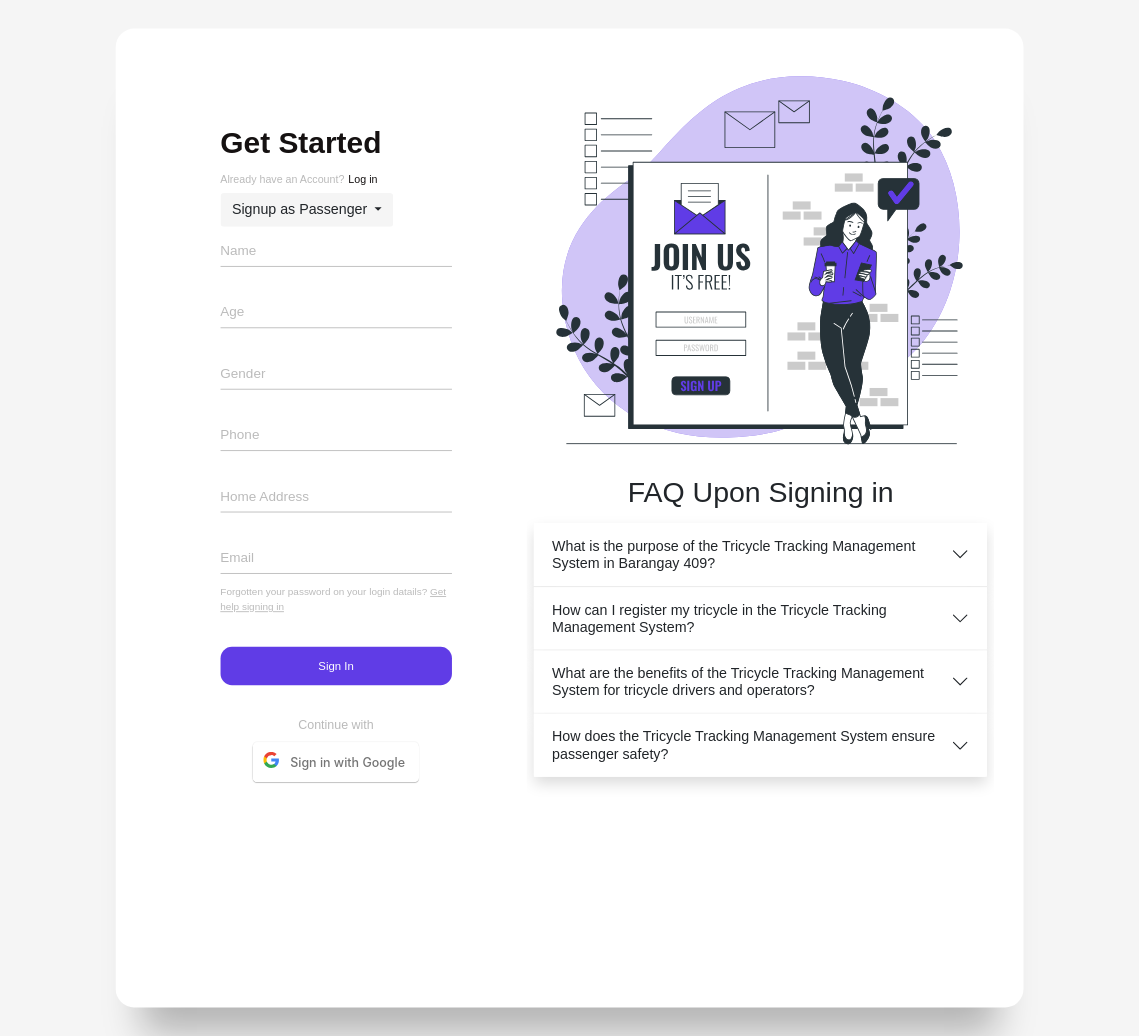
Repository: adrcstro/plate-to-place
Page: http://localhost/Loginsystem/Passenger.php
These files come from the project's save history. The page is drawn as it stood at one moment and after the next save; the edit follows.
The browser window is 1280 px wide. The pictures show the whole page, at 89% of full size.
Some web fonts or font styles are not loaded; a fallback is used. Some web libraries are served in a nearby version. The page is run by PHP 8.4 with error messages shown; the project is at /var/www/html/.

Above is the page before, as saved 2023-10-31 13:26:51.

### Loginsystem/Passenger.php
<!DOCTYPE html>
<html lang="en">
<head>
    <meta charset="UTF-8">
    <meta name="viewport" content="width=device-width, initial-scale=1.0">
    <link rel="shortcut icon" type="x-icon" href="../images/webicon.png">
    <link rel="stylesheet" href="../css/bootstrap.min.css">
    <link rel="stylesheet" href="https://cdnjs.cloudflare.com/ajax/libs/font-awesome/6.3.0/css/all.min.css" integrity="sha512-SzlrxWUlpfuzQ+pcUCosxcglQRNAq/DZjVsC0lE40xsADsfeQoEypE+enwcOiGjk/bSuGGKHEyjSoQ1zVisanQ==" crossorigin="anonymous" referrerpolicy="no-referrer"/>
    <link rel="stylesheet" href="passenger.css">

    <title>Brangay409-3WHeel-Tracking-System</title>
</head>

<body>

<main>
      <div class="box">
        <div class="inner-box">
          <div class="forms-wrap">
            <form action="index.html" autocomplete="off" class="sign-in-form">

<script>
    function changeLoginType(type) {
        document.getElementById('loginDropdown').innerText = 'Login as ' + type;
    }
</script>
              <div class="heading">
                <h2>Get Started</h2>
                <h6>Already have an Account?</h6>
                <a href="login.php" class="loginaccount" data-target="img-2">Log in</a>
              </div>
              <div class="dropdown">
    <button class="btn dropdown-toggle" type="button" data-bs-toggle="dropdown" aria-expanded="false" id="loginDropdown">
        Signup as Passenger
    </button>
    <ul class="dropdown-menu">
        <li><a class="dropdown-item" href="Passenger.php" onclick="changeLoginType('Passenger')">Passenger</a></li>
        <li><a class="dropdown-item" href="Driverlogin.php" onclick="changeLoginType('Driver')">Driver</a></li>

    </ul>
</div>
<div class="formsignin">



              <div class="actual-form">
                <div class="input-wrap">
                  <input
                    type="text"
                    minlength="4"
                    class="input-field"
                    autocomplete="off"
                    required
                  />
                  <label>Name</label>
                </div>

                <div class="input-wrap">
                  <input
                    type="password"
                    minlength="4"
                    class="input-field"
                    autocomplete="off"
                    required
                  />
                  <label>Age</label>
                </div>

                <div class="input-wrap">
                  <input
                    type="text"
                    minlength="4"
                    class="input-field"
                    autocomplete="off"
                    required
                  />
                  <label>Gender</label>
                </div>

                <div class="input-wrap">
                  <input
                    type="text"
                    minlength="4"
                    class="input-field"
                    autocomplete="off"
                    required
                  />
                  <label>Phone</label>
                </div>
                <div class="input-wrap">
                  <input
                    type="text"
                    minlength="4"
                    class="input-field"
                    autocomplete="off"
                    required
                  />
                  <label>Home Address</label>
                </div>

                <div class="input-wrap">
                  <input
                    type="text"
                    minlength="4"
                    class="input-field"
                    autocomplete="off"
                    required
                  />
                  <label>Email</label>
                </div>

                <p class="text">
                  Forgotten your password on your login datails?

                  <a href="Forgotpassword.php" data-target="img-2">Get help signing in</a>
                </p>
                <input type="submit" value="Sign In" class="sign-btn" />
                <h5 id="textcon">Continue with</h5>
                <button type="button" class="login-with-google-btn" >
                Sign in with Google
                 </button>
              </div>
              </div>
            </form>


          </div>
          <div class="carousel">
  <div class="images-wrapper">
    <img src="../images/Signup.svg" class="image img-2 show" alt="" />
  </div>

  <div class="col-md-12">
         <h2 class="mt-2 text-center" id="FAQ">FAQ Upon Signing in</h2>
         <div class="accordion accordion-flush p-2" id="accordionFlushExample">
          <div class="accordion-item bg-white shadow">
            <h2 class="accordion-header">
              <button class="accordion-button collapsed" type="button" data-bs-toggle="collapse" data-bs-target="#flush-collapseOne" aria-expanded="false" aria-controls="flush-collapseOne">
                What is the purpose of the Tricycle Tracking Management System in Barangay 409?
              </button>
            </h2>
            <div id="flush-collapseOne" class="accordion-collapse collapse" data-bs-parent="#accordionFlushExample">
              <div class="accordion-body">The Tricycle Tracking Management System aims to streamline tricycle operations and ensure passenger safety and efficient transportation services within the barangay.</div>
            </div>
          </div>
          <div class="accordion-item shadow">
            <h2 class="accordion-header">
              <button class="accordion-button collapsed" type="button" data-bs-toggle="collapse" data-bs-target="#flush-collapseTwo" aria-expanded="false" aria-controls="flush-collapseTwo">
                How can I register my tricycle in the Tricycle Tracking Management System?
              </button>
            </h2>
            <div id="flush-collapseTwo" class="accordion-collapse collapse" data-bs-parent="#accordionFlushExample">
              <div class="accordion-body">To register your tricycle, visit the barangay office and submit the required documents, including the tricycle's registration papers, driver's license, and other necessary permits.</div>
            </div>
          </div>
          <div class="accordion-item shadow">
            <h2 class="accordion-header">
              <button class="accordion-button collapsed" type="button" data-bs-toggle="collapse" data-bs-target="#flush-collapseThree" aria-expanded="false" aria-controls="flush-collapseThree">
                What are the benefits of the Tricycle Tracking Management System for tricycle drivers and operators?
              </button>
            </h2>
            <div id="flush-collapseThree" class="accordion-collapse collapse" data-bs-parent="#accordionFlushExample">
              <div class="accordion-body">The system provides improved transparency in fare collection, enhances security measures for both drivers and passengers, and facilitates better route planning, leading to increased efficiency and profitability for tricycle operators.
              </div>
            </div>
          </div>

          <div class="accordion-item shadow">
            <h2 class="accordion-header">
              <button class="accordion-button collapsed" type="button" data-bs-toggle="collapse" data-bs-target="#flush-collapseFour" aria-expanded="false" aria-controls="flush-collapseFour">
                How does the Tricycle Tracking Management System ensure passenger safety?
              </button>
            </h2>
            <div id="flush-collapseFour" class="accordion-collapse collapse" data-bs-parent="#accordionFlushExample">
              <div class="accordion-body">The system integrates safety measures such as  Report Management, Legal Action Provider, and driver identification features, which enable swift responses to any emergency situations during tricycle rides.</div>
            </div>
          </div>



        </div>
         </div>


</div>
        </div>
      </div>
    </main>



</body>
<script src="../js/bootstrap.bundle.js"></script>
    <script src="login.js"></script>

</html>

### Loginsystem/passenger.css
@import url("https://fonts.googleapis.com/css2?family=Poppins:wght@200;300;400;500;600;700;800&display=swap");
@import url('https://fonts.googleapis.com/css2?family=Advent+Pro:wght@200&display=swap');
@import url('https://fonts.googleapis.com/css2?family=Advent+Pro:wght@200&family=Montserrat+Alternates&display=swap');
@import url('http://fonts.googleapis.com/css?family=Open+Sans:400,700');
*,
*::before,
*::after {
  padding: 0;
  margin: 0;
  box-sizing: border-box;
}
#textcon{
  padding: 4px;
  text-align: center;
  color: #bababa;
  font-size: 14px;
}
.login-with-google-btn {
  transition: background-color .3s, box-shadow .3s;
  padding: 12px 16px 12px 42px;
  border: none;
  border-radius: 5px;
  box-shadow: 0 -1px 0 rgba(0, 0, 0, .04), 0 1px 1px rgba(0, 0, 0, .25);
  display: block;
    margin: auto;
  color: #757575;
  font-size: 14px;
  font-weight: 500;
  font-family: -apple-system,BlinkMacSystemFont,"Segoe UI",Roboto,Oxygen,Ubuntu,Cantarell,"Fira Sans","Droid Sans","Helvetica Neue",sans-serif;

  background-image: url(data:[embedded picture, 822 characters]);
  background-color: white;
  background-repeat: no-repeat;
  background-position: 12px 11px;

  &:hover {
    background-color: #f3f3f3b6;
  }

  &:active {
    background-color: #eeeeee;
  }
}
  &:focus {
    outline: none;
    box-shadow:
      0 -1px 0 rgba(0, 0, 0, .04),
      0 2px 4px rgba(0, 0, 0, .25),
      0 0 0 3px #c8dafc;
  }

.logo {
  text-align: center;
}
.logo br {
  font-size: 1px; /* Adjust the font size as per your requirement */
}
body,
input {
  font-family: 'Montserrat Alternates', sans-serif;

}
#loginDropdown{
  background-color: whitesmoke;
}

main {
  width: 100%;
  min-height: 100vh;
  overflow: hidden;
  background-color: whitesmoke;
  padding: 2rem;
  display: flex;
  align-items: center;
  justify-content: center;
}

.box {
  position: relative;
  width: 100%;
  max-width: 1020px;
  height: 1100px;
  background-color: #fff;
  border-radius: 1.3rem;
  box-shadow: 0 60px 40px -30px rgba(0, 0, 0, 0.27);
}

.inner-box {
  position: absolute;
  width: calc(100% - 4.1rem);
  height: calc(100% - 4.1rem);
  top: 50%;
  left: 50%;
  transform: translate(-50%, -50%);
}

.forms-wrap {
  position: absolute;
  height: 100%;
  width: 45%;
  top: 0;
  left: 0;
  display: grid;
  grid-template-columns: 1fr;
  grid-template-rows: 1fr;
  transition: 0.8s ease-in-out;
}

form {
  max-width: 260px;
  width: 100%;
  margin: 0 auto;
  height: 100%;
  display: flex;
  flex-direction: column;
  justify-content: space-evenly;
  grid-column: 1 / 2;
  grid-row: 1 / 2;
  transition: opacity 0.02s 0.4s;
  border: #aaa;
}

form.sign-up-form {
  opacity: 0;
  pointer-events: none;

}

.logo {
  display: flex;
  align-items: center;
}


.logo h4 {
  font-size: 1.1rem;
  margin-top: -9px;
  letter-spacing: -0.5px;
  color: #151111;
}

.heading h2 {
  font-size: 2.1rem;
  font-weight: 600;
  color: #151111;
}

.heading h6 {
  color: #bababa;
  font-weight: 400;
  font-size: 0.75rem;
  display: inline;
}

.toggle {
  color: #151111;
  text-decoration: none;
  font-size: 0.75rem;
  font-weight: 500;
  transition: 0.3s;
}

.toggle:hover {
  color: #8371fd;
}

.input-wrap {
  position: relative;
  height: 37px;
  margin-bottom: 2rem;
}

.input-field {
  position: absolute;
  width: 100%;
  height: 100%;
  background: none;
  border: none;
  outline: none;
  border-bottom: 1px solid #bbb;
  padding: 0;
  font-size: 0.95rem;
  color: #151111;
  transition: 0.4s;
}

label {
  position: absolute;
  left: 0;
  top: 50%;
  transform: translateY(-50%);
  font-size: 0.95rem;
  color: #bbb;
  pointer-events: none;
  transition: 0.4s;
}

.input-field.active {
  border-bottom-color: #151111;
}

.input-field.active + label {
  font-size: 0.75rem;
  top: -2px;
}
.logtext{
  margin-top: -1rem;
}
.sign-btn {
  display: inline-block;
  width: 100%;
  height: 43px;
  background-color: #603ce6;
  color: #fff;
  border: none;
  cursor: pointer;
  border-radius: 0.8rem;
  font-size: 0.8rem;
  margin-bottom: 2rem;
  transition: 0.3s;
}
.show {
  display: block;
}

.FAQESTION{
  margin-top: -3rem;
}



.hide {
  display: none;
}

.sign-btn:hover {
  background-color: #6a5cc4;
}

.text {
  color: #bbb;
  font-size: 0.7rem;
  transform: translateY(-20px);
}

.text a {
  color: #bbb;
  transition: 0.3s;

}




.text a:hover {
  color: #8371fd;
}

main.sign-up-mode form.sign-in-form {
  opacity: 0;
  pointer-events: none;
}

main.sign-up-mode form.sign-up-form {
  opacity: 1;
  pointer-events: all;
}

main.sign-up-mode .forms-wrap {
  left: 55%;
}

main.sign-up-mode .carousel {
  left: 0%;
}

.carousel {
  position: absolute;
  height: 100%;
  width: 55%;
  left: 45%;
  top: 0;
  background-color: white;
  border-radius: 2rem;
  display: grid;
  grid-template-rows: auto 1fr;
  padding-bottom: 2rem;
  overflow: hidden;
  transition: 0.8s ease-in-out;
}

.images-wrapper {
  display: grid;
  grid-template-columns: 1fr;
  grid-template-rows: 1fr;
}
.hide {
  display: none;
}
.image {
  width: 100%;
 height: 90%;
  grid-column: 1/2;
  grid-row: 1/2;
  opacity: 0;
  transition: opacity 0.3s, transform 0.5s;
}

.img-1 {
  transform: translate(0, -50px);
}

.img-2 {
  transform: scale(0.4, 0.5);
}

.img-3 {
  transform: scale(0.3) rotate(-20deg);
}

.image.show {
  opacity: 1;
  transform: none;
}

.text-slider {
  display: flex;
  align-items: center;
  justify-content: center;
  flex-direction: column;
margin-top: -4rem;

}

.text-wrap {
  max-height: 3.1rem;
  overflow: hidden;
  margin-bottom: 2.3rem;
}

.text-group {
  display: flex;
  flex-direction: column;
  text-align: center;
  transform: translateY(0);
  transition: 0.5s;
}

.text-group h2 {
  line-height: 2.2rem;
  font-weight: 600;
  font-size: 1.6rem;
}

.bullets {
  display: flex;
  align-items: center;
  justify-content: center;
  margin-top: -2.4rem;
}

.bullets span {
  display: block;
  width: 0.5rem;
  height: 0.5rem;
  background-color: #aaa;
  margin: 0 0.25rem;
  border-radius: 50%;
  cursor: pointer;
  transition: 0.3s;
}
.dropdown{
  margin-top: -9rem;
}
.actual-form{
  margin-top: -6rem;
}
.bullets span.active {
  width: 1.1rem;
  background-color: #151111;
  border-radius: 1rem;
}
.actual-form{
  margin-top: 20px;
  }
  .col-md-12{
    margin-top: -4rem;
  }

  .sign-in-form{
    margin-top: -4rem;
  }
.formsignin{
  margin-top: -10rem;
}
.sign-in-form{
  margin-top: -4.5rem;
}

.loginaccount{
  color: #151111;
  text-decoration: none;
  font-size: 0.75rem;
  font-weight: 500;
  transition: 0.3s;
}
.loginaccount:hover{
  color: #8371fd;
}








@media (max-width: 850px) {
  .box {
    height: auto;
    max-width: 550px;
    overflow: hidden;
  }

  .inner-box {
    position: static;
    transform: none;
    width: revert;
    height: revert;
    padding: 2rem;
  }

  .forms-wrap {
    position: revert;
    width: 100%;
    height: auto;
  }

  form {
    max-width: revert;
    padding: 1.5rem 2.5rem 2rem;
    transition: transform 0.8s ease-in-out, opacity 0.45s linear;
  }

  .heading {
    margin: 2rem 0;
  }

  form.sign-up-form {
    transform: translateX(100%);
  }

  main.sign-up-mode form.sign-in-form {
    transform: translateX(-100%);
  }

  main.sign-up-mode form.sign-up-form {
    transform: translateX(0%);
  }

  .carousel {
    position: revert;
    height: auto;
    width: 100%;
    padding: 3rem 2rem;
    display: flex;
  }

  .images-wrapper {
    display: none;
  }

  .text-slider {
    width: 100%;
  }

  .text-slider{
    margin-top: 3rem;
}
.actual-form{
margin-top: 2rem;
}
.col-md-12{
  margin-top: -3rem;
}
.dropdown{
  margin-top: -1rem;
}
.sign-in-form{
  margin-top: -1rem;
}

.formsignin{
  margin-top: 1rem;
}


}

@media (max-width: 528px) {
  main {
    padding: 1rem;
  }

  .box {
    border-radius: 2rem;
  }

  .inner-box {
    padding: 1rem;
  }

  .carousel {
    padding: 1.5rem 1rem;
    border-radius: 1.6rem;
  }

  .text-wrap {
    margin-bottom: 1rem;
  }

  .text-group h2 {
    font-size: 1.2rem;
  }

  form {
    padding: 1rem 2rem 1.5rem;
  }

  .bullets{
    margin-top: -1rem;
}
.col-md-12{
  margin-top: 1rem;
}


}








@media (max-width: 390px) {
    .text-slider{
        margin-top: 2rem;
    }

}

### Loginsystem/login.js
const inputs = document.querySelectorAll(".input-field");
const toggle_btn = document.querySelectorAll(".toggle");
const main = document.querySelector("main");
const bullets = document.querySelectorAll(".bullets span");
const images = document.querySelectorAll(".image");

inputs.forEach((inp) => {
  inp.addEventListener("focus", () => {
    inp.classList.add("active");
  });
  inp.addEventListener("blur", () => {
    if (inp.value != "") return;
    inp.classList.remove("active");
  });
});

toggle_btn.forEach((btn) => {
  btn.addEventListener("click", () => {
    main.classList.toggle("sign-up-mode");
  });
});

function moveSlider() {
  let index = this.dataset.value;

  let currentImage = document.querySelector(`.img-${index}`);
  images.forEach((img) => img.classList.remove("show"));
  currentImage.classList.add("show");

  const textSlider = document.querySelector(".text-group");
  textSlider.style.transform = `translateY(${-(index - 1) * 2.2}rem)`;

  bullets.forEach((bull) => bull.classList.remove("active"));
  this.classList.add("active");
}

bullets.forEach((bullet) => {
  bullet.addEventListener("click", moveSlider);
});

document.addEventListener('DOMContentLoaded', function () {
  const toggleLinks = document.querySelectorAll('.toggle');
  toggleLinks.forEach(function(toggleLink) {
    toggleLink.addEventListener('click', function (event) {
      event.preventDefault();
      const targetId = toggleLink.getAttribute('data-target');
      const textSlider = document.querySelector('.text-group');
      if (targetId === 'img-1') {
        const targetText = 'Get Started';
        textSlider.innerHTML = `<h2>${targetText}</h2>`;
      } else if (targetId === 'img-2') {
        const targetText = 'Join us';
        textSlider.innerHTML = `<h2>${targetText}</h2>`;
      }
    });
  });
});

Loaded but not shown: css/bootstrap.min.css (library); js/bootstrap.bundle.js (library); Images/Signup.svg (1 lines, source omitted)

After the next save:
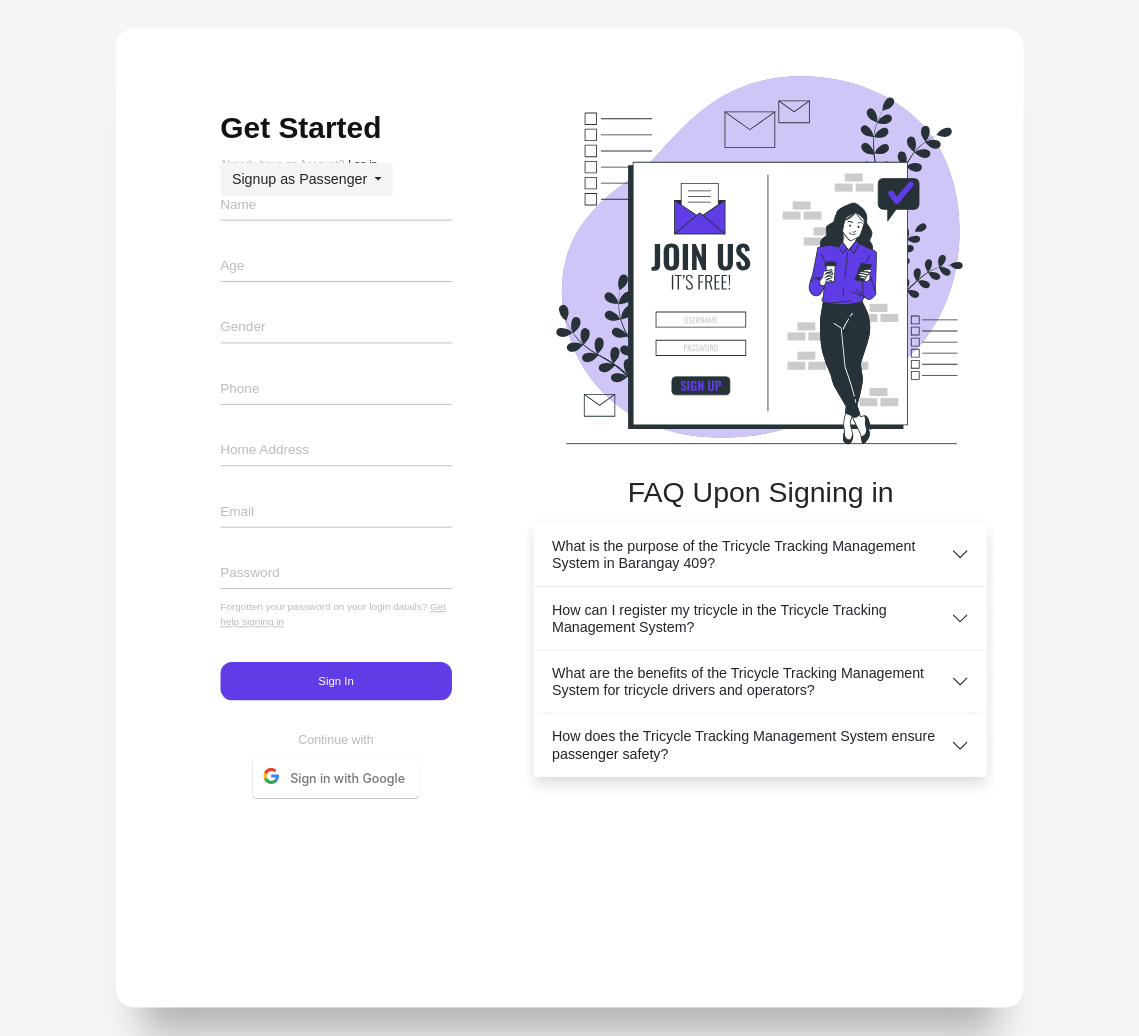
Saved 2 h 5 min later.
--- a/Loginsystem/Passenger.php
+++ b/Loginsystem/Passenger.php
@@ -108,7 +108,16 @@
                   />
                   <label>Email</label>
                 </div>
-
+                <div class="input-wrap">
+                  <input
+                    type="text"
+                    minlength="4"
+                    class="input-field"
+                    autocomplete="off"
+                    required
+                  />
+                  <label>Password</label>
+                </div>
                 <p class="text">
                   Forgotten your password on your login datails?
 

After the save that followed:
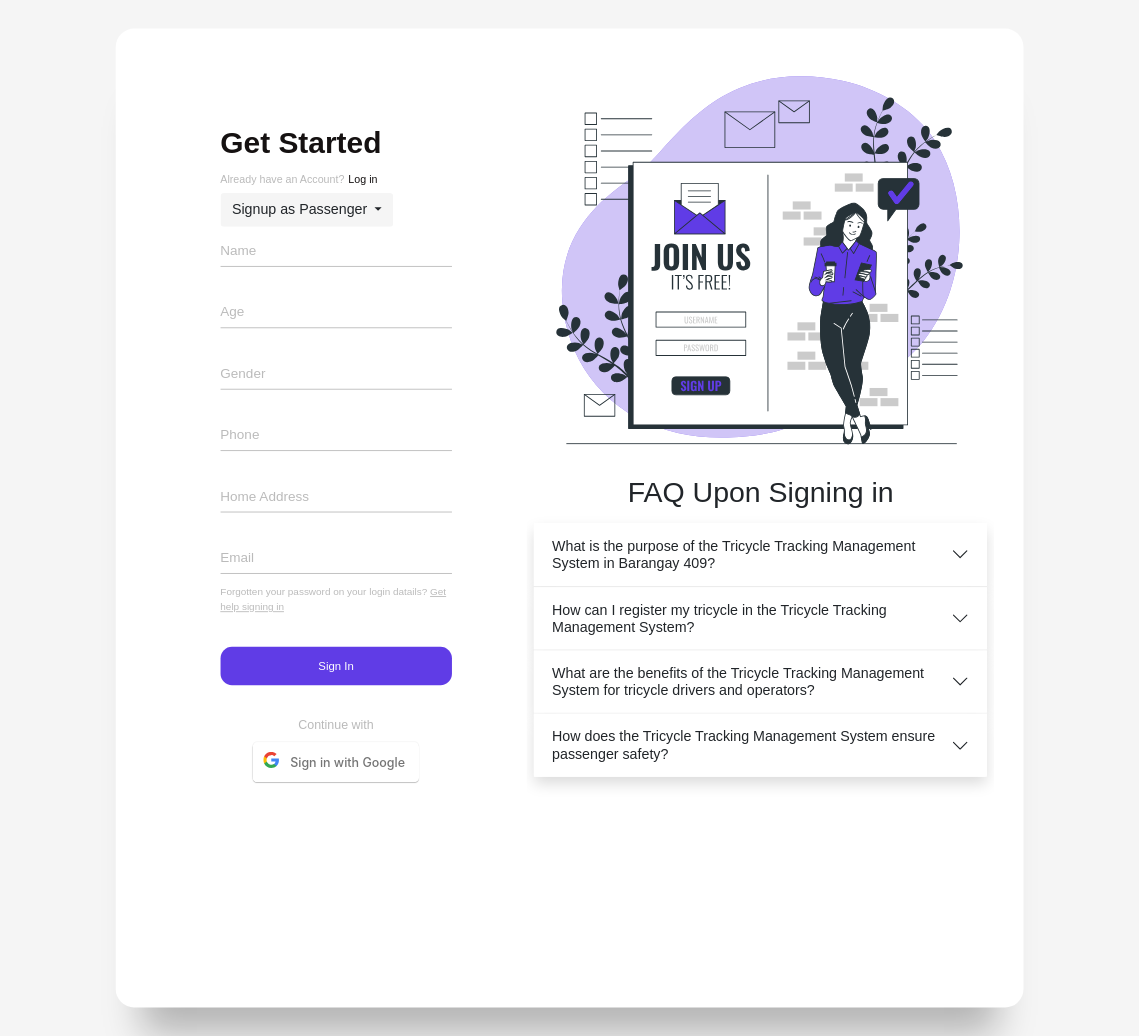
Saved 87 s later.
--- a/Loginsystem/Passenger.php
+++ b/Loginsystem/Passenger.php
@@ -108,16 +108,7 @@
                   />
                   <label>Email</label>
                 </div>
-                <div class="input-wrap">
-                  <input
-                    type="text"
-                    minlength="4"
-                    class="input-field"
-                    autocomplete="off"
-                    required
-                  />
-                  <label>Password</label>
-                </div>
+
                 <p class="text">
                   Forgotten your password on your login datails?
 
